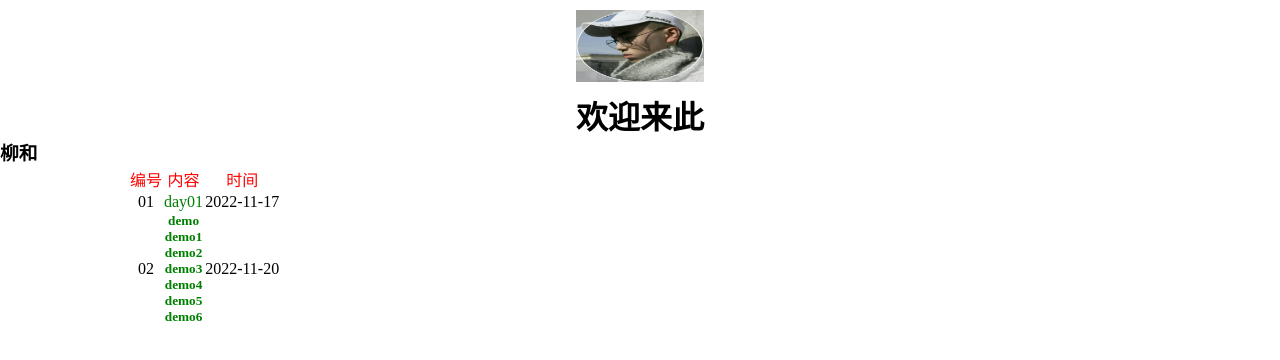
Repository: FengMo1314/JavaWeb
Page: http://localhost/JavaWeb_chen/
The author's editor kept a copy of each file at every save. The page is drawn from the files as they stood at one save, then again after the next save.
The browser window is 1280 px wide. The pictures show the whole page.
The page is served by Tomcat 10. Nobody is signed in. The application's start-up code is not run.

Above is the page before, as saved 2022-11-20 08:35:08.

After the next save:
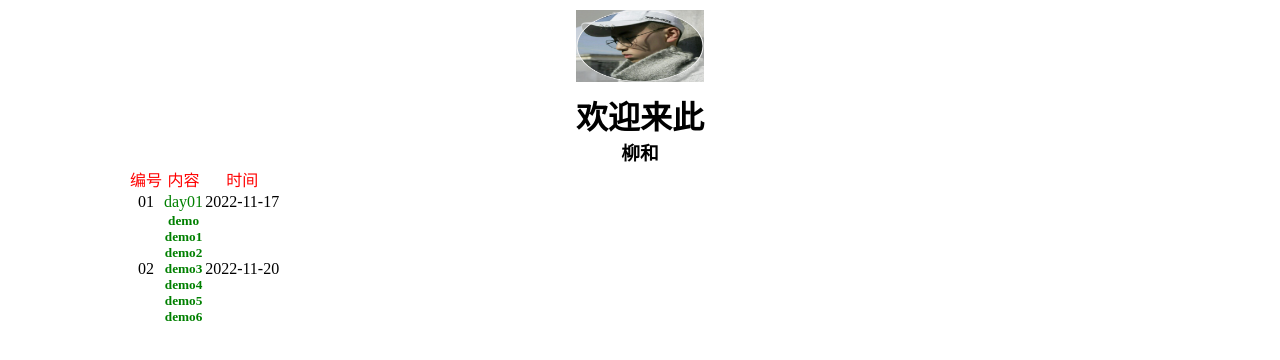
Saved 77 s later.
--- a/JavaWeb&chen/src/main/webapp/css/index/index.css
+++ b/JavaWeb&chen/src/main/webapp/css/index/index.css
@@ -14,7 +14,7 @@ img{
 	height: 10%;
 	margin: 10px 45% 10px 45%;
 }
-h1{
+h1,h3{
 	text-align: center;
 }
 table {
